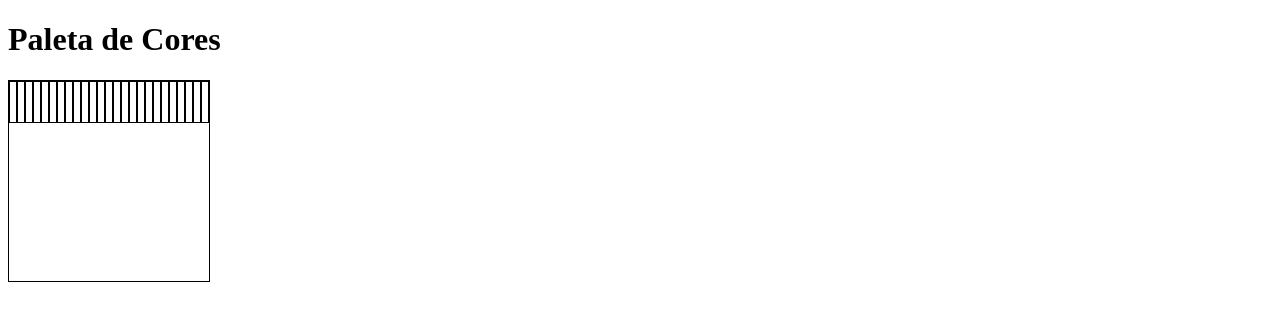
Repository: MuriloColleti/project-Pixer-Art
Page: index.html
The author's editor kept a copy of each file at every save. The page is drawn from the files as they stood at one save, then again after the next save.
The browser window is 1280 px wide. The pictures show the whole page.

Above is the page before, as saved 2024-02-05 16:00:55.

### index.html
<!DOCTYPE html>
<html lang="en">
<head>
    <meta charset="UTF-8">
    <meta name="viewport" content="width=device-width, initial-scale=1.0">
    <link rel="stylesheet" href="style.css">
    <title>Paleta de Cores</title>
</head>

<body>
    <header> <h1 id="title"> Paleta de Cores </h1> </header>

    <main id="pixel-board"></main>

</body>

<script src="script.js"></script>

</html>

### style.css
.black{
    background-color: black;
}

.blue{
    background-color: blue;
}

.yellow{
    background-color: red;
}

.green{
    background-color: green;
}

.pixel{
    width: 40px;
    height: 40px;
    border: 1px solid black;
}

#pixel-board{
    border: 1px solid black;
    width: 200px;
    height: 200px;
    display: flex;
}

### script.js
var pixeltable = document.getElementById('pixel-board');

//var newPixel = document.createElement("div")

//newPixel.classList.add("pixel")

//pixel.appendChild(newPixel);

for(index = 0; index < 25; index += 1){

    var newPixel = document.createElement('div')
    newPixel.classList.add('pixel')
    pixeltable.appendChild(newPixel);

}

After the next save:
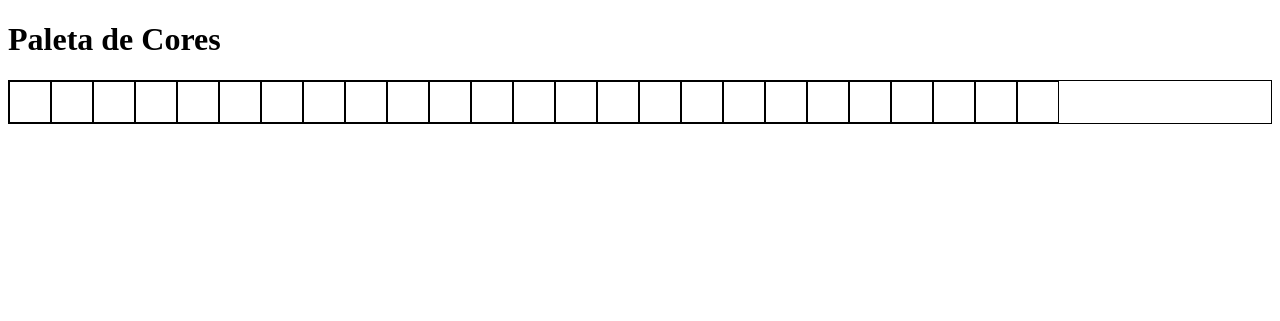
Saved 14 s later.
--- a/style.css
+++ b/style.css
@@ -22,7 +22,7 @@
 
 #pixel-board{
     border: 1px solid black;
-    width: 200px;
-    height: 200px;
+    width: auto;
+    height: auto;
     display: flex;
 }
